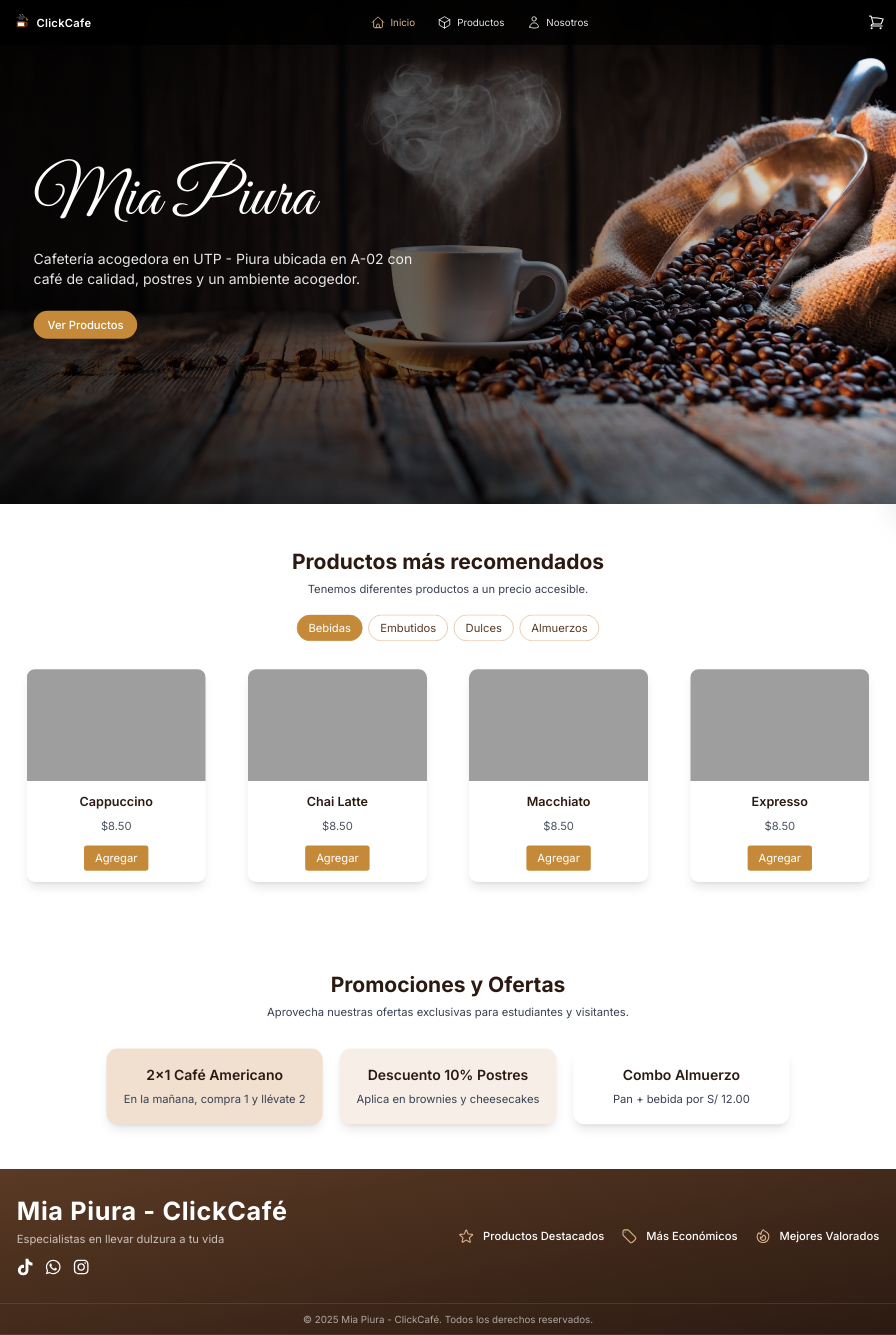
Repository: Adrian-JP777/INTEGRADOR
Page: /home (app in clickcafe/)
These files come from the project's save history. The page is drawn as it stood at one moment and after the next save; the edit follows.
The browser window is 1280 px wide. The pictures show the whole page, at 70% of full size.
Pictures or frames that could not be fetched are drawn as grey boxes. The project was rebuilt for these pictures with package versions that can differ from the ones it lists, and the page was loaded fresh each time. Also part of the build but not shown: clickcafe/vite.config.js, clickcafe/src/pages/ProductsPage.jsx, clickcafe/src/pages/AboutPage.jsx, clickcafe/src/layouts/AdminLayout.jsx, clickcafe/src/pages/admin/AdminHomePage.jsx, clickcafe/src/pages/admin/AdminProductsPage.jsx, clickcafe/src/pages/admin/AdminPedidosPage.jsx, clickcafe/src/pages/admin/AdminSalesPage.jsx.

Above is the page before, as saved 2025-09-24 23:45:30.

After the next save:
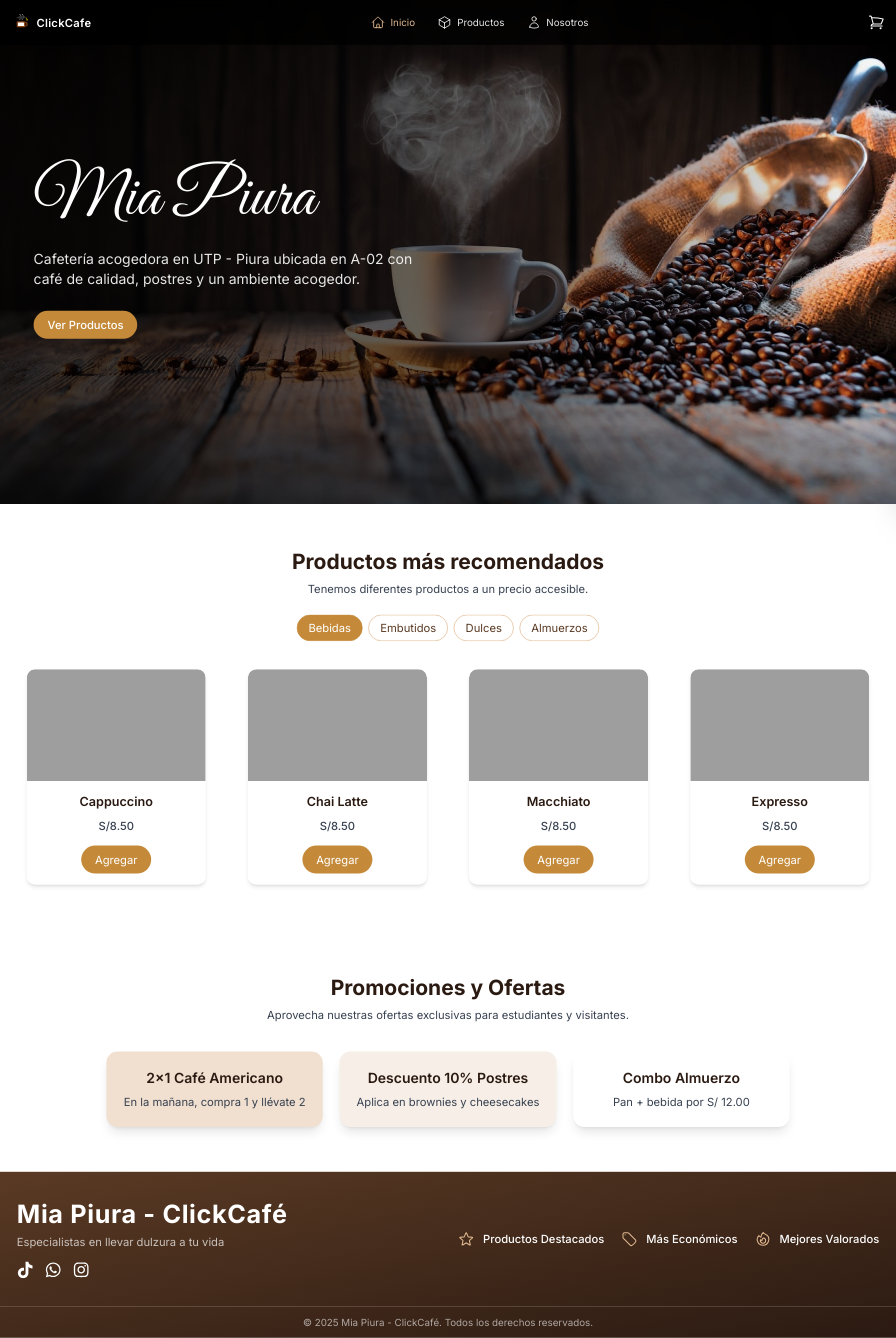
Saved 20 s later.
--- a/clickcafe/src/components/ProductCard.jsx
+++ b/clickcafe/src/components/ProductCard.jsx
@@ -1,23 +1,25 @@
 export default function ProductCard({ product, onAdd }) {
   return (
-    <div className="bg-white rounded-xl shadow-lg overflow-hidden w-64 flex flex-col items-center">
+    <div className="bg-white rounded-xl shadow-md hover:shadow-lg overflow-hidden w-64 flex flex-col items-center transition-shadow duration-300">
       {product.image && (
-        <img
-          src={product.image}
-          alt={product.name}
-          className="w-full h-40 object-cover"
-        />
+        <div className="w-full h-40 overflow-hidden rounded-t-xl">
+          <img
+            src={product.image}
+            alt={product.name}
+            className="w-full h-full object-cover transition-transform duration-300 hover:scale-105"
+          />
+        </div>
       )}
       <div className="p-4 flex flex-col items-center gap-2 text-center">
-        <h3 className="font-semibold text-lg">{product.name}</h3>
-        <p className="text-gray-600">${product.price.toFixed(2)}</p>
+        <h3 className="font-semibold text-lg text-cafe-900">{product.name}</h3>
+        <p className="text-gray-700 font-medium">S/{product.price.toFixed(2)}</p>
         <button
           onClick={() => onAdd(product)}
-          className="mt-2 px-4 py-1.5 bg-cafe-500 text-white rounded hover:bg-cafe-600 transition"
+          className="mt-2 px-5 py-2 bg-cafe-500 text-white rounded-full hover:bg-cafe-600 transition-all duration-300"
         >
           Agregar
         </button>
       </div>
     </div>
-  )
+  );
 }
